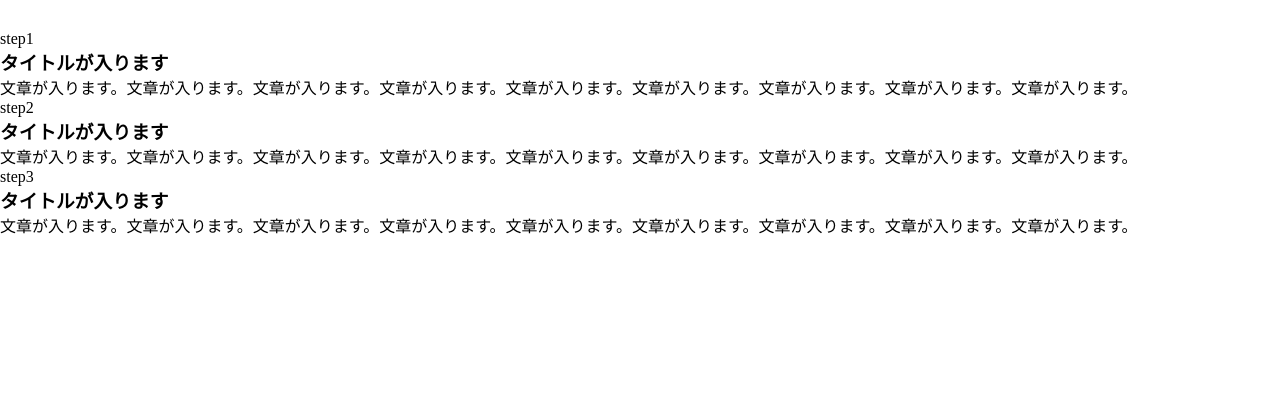
Repository: Hirotaka-DWC/dmm_webcamp_task_1
Page: task_1/index.html
The author's editor kept a record of every edit. The page is drawn from the files as they stood at one moment, then again after the next edit.
The browser window is 1280 px wide. The pictures show the whole page.

Above is the page before.

### task_1/index.html
<!DOCTYPE html>
<html lang="ja">
  <head>
    <meta charset="UTF-8" />
    <title>9章演習</title>
    <link rel="stylesheet" href="style.css" />
  </head>
  <body>
    <header></header>
    <main>
      <div class="step-box">
        <div class="step-img1"></div>
        <span class="step-num">step1</span>
        <h3 class="title">タイトルが入ります</h3>
        <p class="text">
          文章が入ります。文章が入ります。文章が入ります。文章が入ります。文章が入ります。文章が入ります。文章が入ります。文章が入ります。文章が入ります。
        </p>
      </div>

      <div class="step-box">
        <div class="step-img2"></div>
        <span class="step-num">step2</span>
        <h3 class="title">タイトルが入ります</h3>
        <p class="text">
          文章が入ります。文章が入ります。文章が入ります。文章が入ります。文章が入ります。文章が入ります。文章が入ります。文章が入ります。文章が入ります。
        </p>
      </div>

      <div class="step-box">
        <div class="step-img3"></div>
        <span class="step-num">step3</span>
        <h3 class="title">タイトルが入ります</h3>
        <p class="text">
          文章が入ります。文章が入ります。文章が入ります。文章が入ります。文章が入ります。文章が入ります。文章が入ります。文章が入ります。文章が入ります。
        </p>
      </div>
    </main>
    <footer></footer>
  </body>
</html>

### task_1/style.css
/* ブラウザがそれぞれ持っているCSSをリセットするための記述 */
* {
  margin: 0;
  padding: 0;
  box-sizing: border-box;
}

header {
  width: 90%; /* 横幅90% */
  padding: 15px 0;
  margin: 0 auto;
  text-align: center;
}

header .heading { /* headerタグ内のheadingクラスにのみ反映される */
  font-size: 32px;
}

.nav-list {
  text-align: center;
  padding: 10px 0;
  margin: 0 auto;
}

.nav-list-item {
  list-style: none;
  display: inline-block;
  margin: 0 20px;
}

.main-visual {
  width: 100%; /* 横幅いっぱい */
  height: 300px; /* 高さ300px */
}

.main-visual-content {
  width: 350px; /* 横幅350px */
  height: 300px; /* 親の高さに揃える */
}

.main {
  width: 840px; /* 横幅840px */
  margin:0 auto;
  display: flex; /* Flexboxの利用 */
  justify-content: center; /* 子要素の横並び・中央寄せ */
}

.blog {
  width: 600px; /* 横幅600px */
  height: 1400px; /* 高さ1400px */
}

.sidebar {
  width: 240px; /* 横幅240px */
   height: 1400px; /* 高さ1400px */
}

After the next edit:
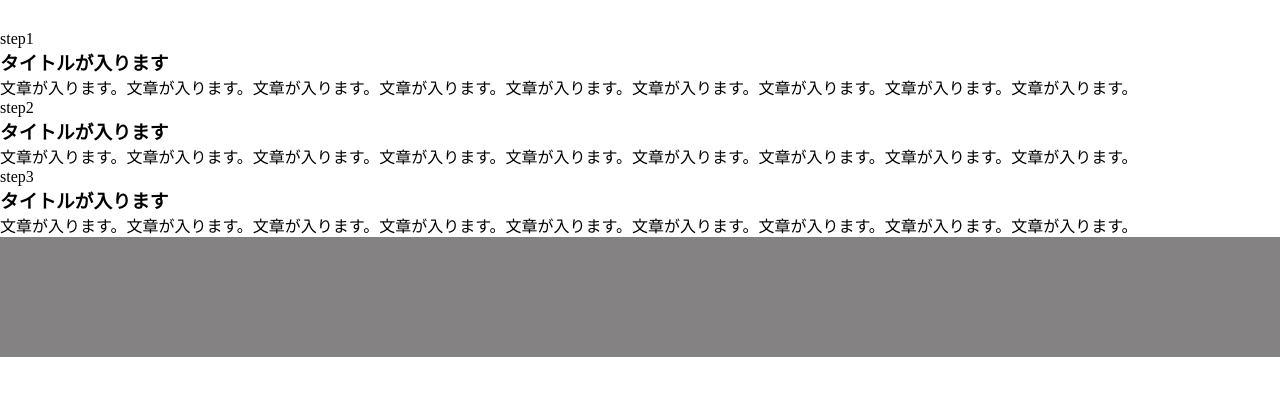
The edit:
--- a/task_1/style.css
+++ b/task_1/style.css
@@ -54,3 +54,15 @@
   width: 240px; /* 横幅240px */
    height: 1400px; /* 高さ1400px */
 }
+
+footer {
+  width: 100%;
+  height: 120px;
+  text-align: center;
+  line-height: 120px;
+  background-color: #848282;
+}
+
+.footer-text {
+  color: #fff;
+}
